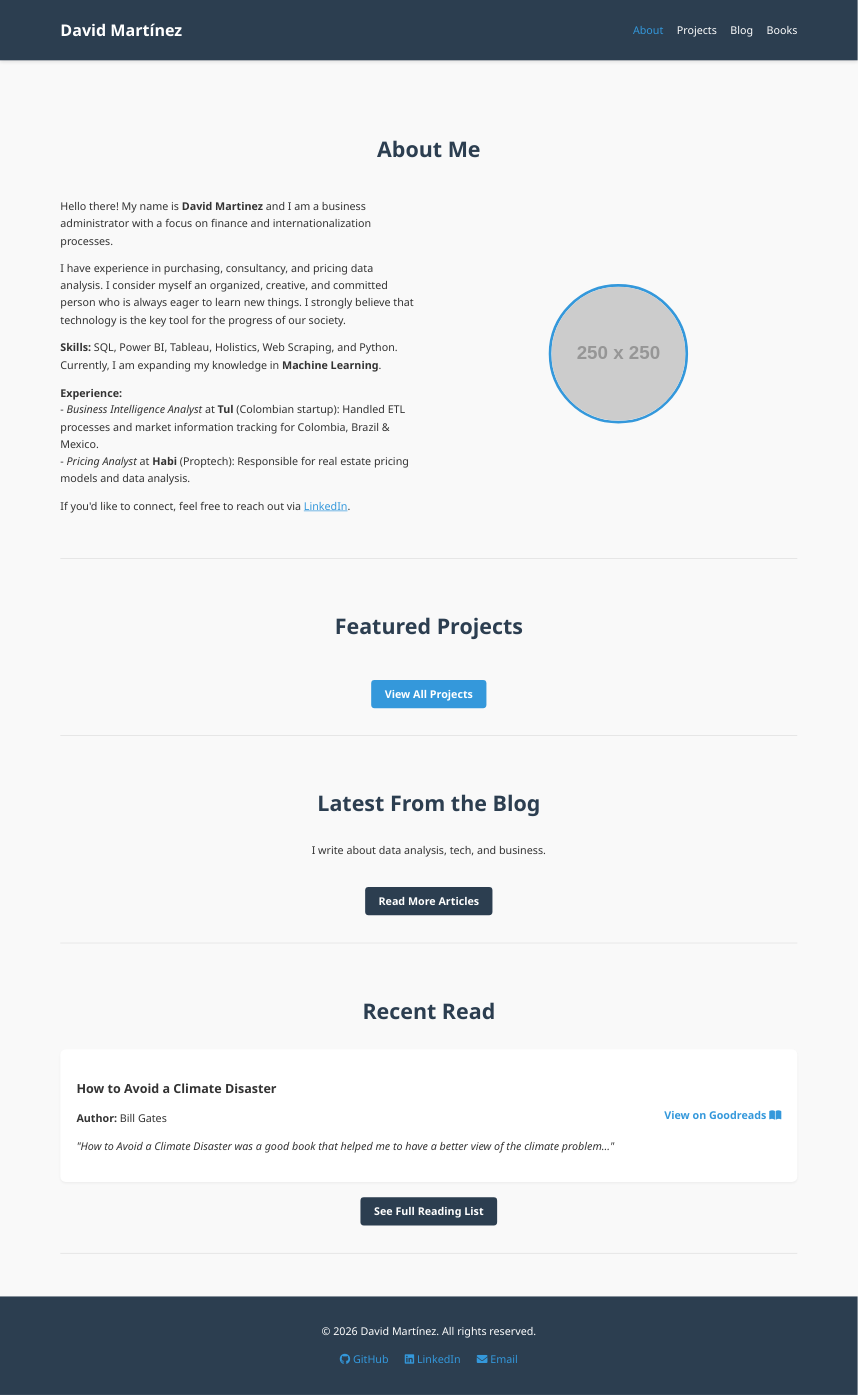
Repository: davidsmv/davidsmv.github.io
Page: index.html
The author's editor kept a copy of each file at every save. The page is drawn from the files as they stood at one save, then again after the next save.
The browser window is 1280 px wide. The pictures show the whole page, at 67% of full size.

Above is the page before, as saved 2026-01-19 17:03:21.

After the next save:
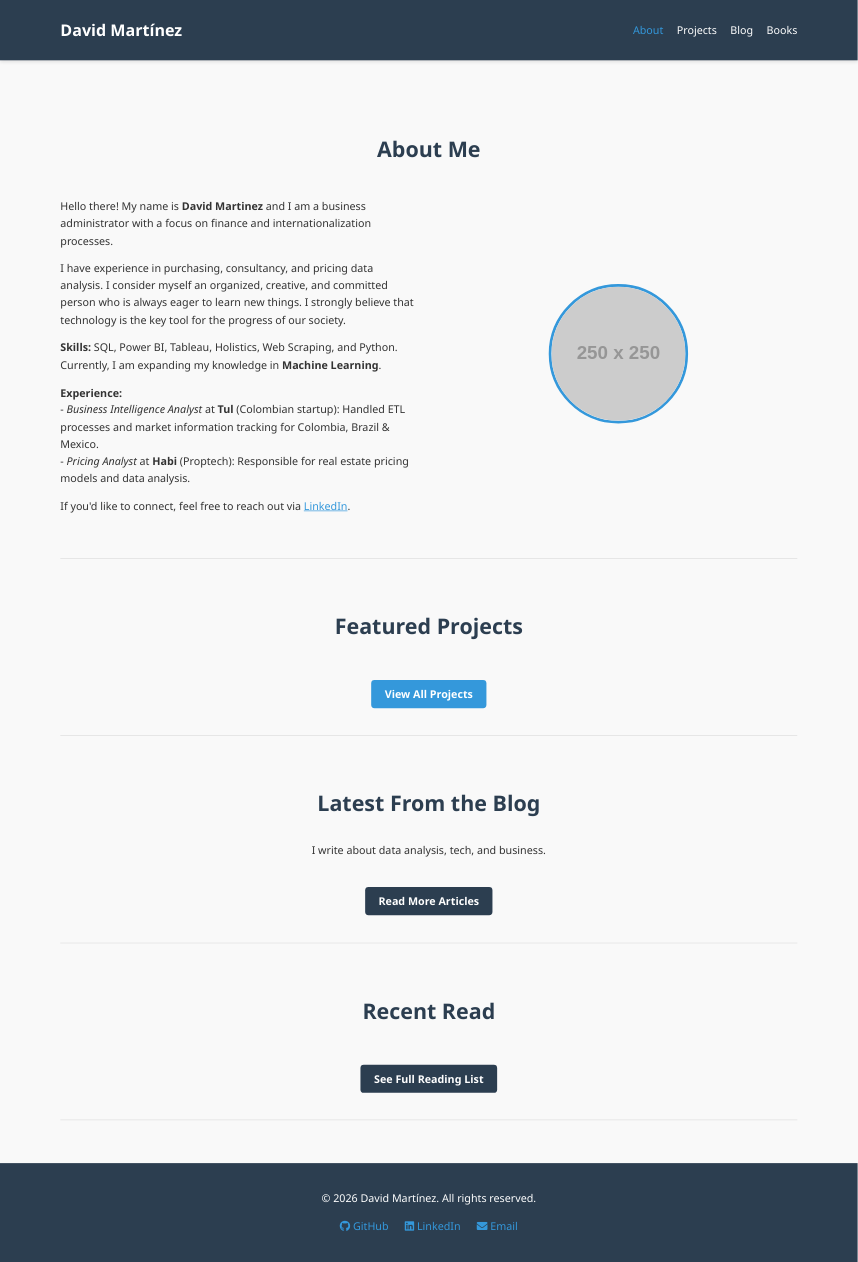
Saved 6 s later.
--- a/index.html
+++ b/index.html
@@ -99,18 +99,9 @@
         <!-- Books Section (Goodreads) -->
         <section id="books">
             <h2>Recent Read</h2>
-            <div class="card-list">
-
-                <!-- Restored Book Review from previous file -->
-                <div class="list-item">
-                    <div>
-                        <h3>How to Avoid a Climate Disaster</h3>
-                        <p><strong>Author:</strong> Bill Gates</p>
-                        <p><em>"How to Avoid a Climate Disaster was a good book that helped me to have a better view of the climate problem..."</em></p>
-                    </div>
-                    <a href="https://www.goodreads.com/book/show/52275335-how-to-avoid-a-climate-disaster" target="_blank">View on Goodreads <i class="fas fa-book-open"></i></a>
-                </div>
-
+            <!-- Empty container for JavaScript to populate -->
+            <div class="card-list" id="featured-books">
+                <!-- Content will be loaded from scripts.js -->
             </div>
             <div style="text-align: center; margin-top: 2rem;">
                 <a href="books.html" style="background-color: var(--primary-color); color: white; padding: 10px 20px; border-radius: 5px; text-decoration: none; font-weight: bold;">See Full Reading List</a>
